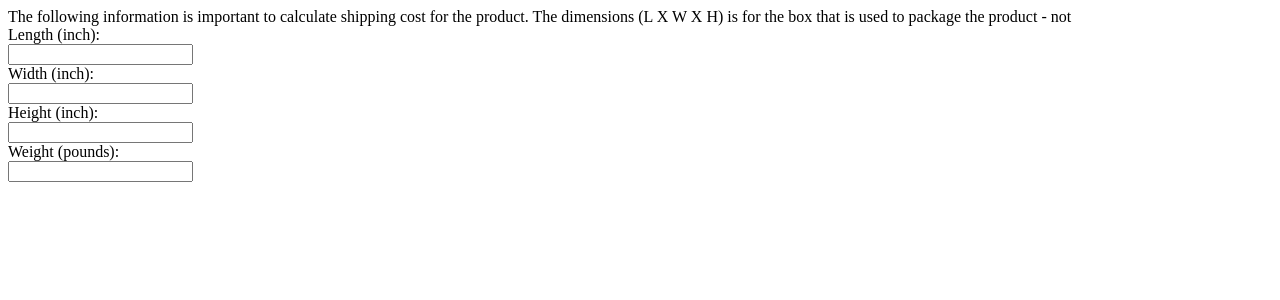
Repository: theAnh-js/Spring-Boot-E-commerce
Page: http://localhost/products/product_images
An editor plug-in stored every save of this project. The page is shown before and after the next save, followed by the edit.
The browser window is 1280 px wide. The pictures show the whole page.
The page is this project's Thymeleaf template; nobody is signed in. The template is opened directly, without the code that normally fills it, so the values that code supplies are empty.

Above is the page before, as saved 2024-02-03 01:12:19.

### ShopmeProject/ShopmeWebParent/ShopmeBackEnd/src/main/resources/templates/products/product_images.html
<!DOCTYPE html>
<html xmlns:th="http://www.thymeleaf.org"
	  xmlns:sec="https://www.thymeleaf.org/thymeleaf-extras-springsecurity5">

<body>
<div th:fragment="content" th:remove="tag">

	<div class="form-group row">
		The following information is important to calculate shipping cost for the product.
		The dimensions (L X W X H) is for the box that is used to package the product - not
	</div>

	<div class="form-group row">
		<label class="col-sm-2 col-form-label">Length (inch):</label>
		<div class="col-sm-10">
			<input type="number" step="0.01" class="form-control" th:field="*{length}">
		</div>
	</div>

	<div class="form-group row">
		<label class="col-sm-2 col-form-label">Width (inch):</label>
		<div class="col-sm-10">
			<input type="number" step="0.01" class="form-control" th:field="*{width}">
		</div>
	</div>

	<div class="form-group row">
		<label class="col-sm-2 col-form-label">Height (inch):</label>
		<div class="col-sm-10">
			<input type="number" step="0.01" class="form-control" th:field="*{height}">
		</div>
	</div>

	<div class="form-group row">
		<label class="col-sm-2 col-form-label">Weight (pounds):</label>
		<div class="col-sm-10">
			<input type="number" step="0.01" class="form-control" th:field="*{weight}">
		</div>
	</div>

</div>
</body>

</html>

After the next save:
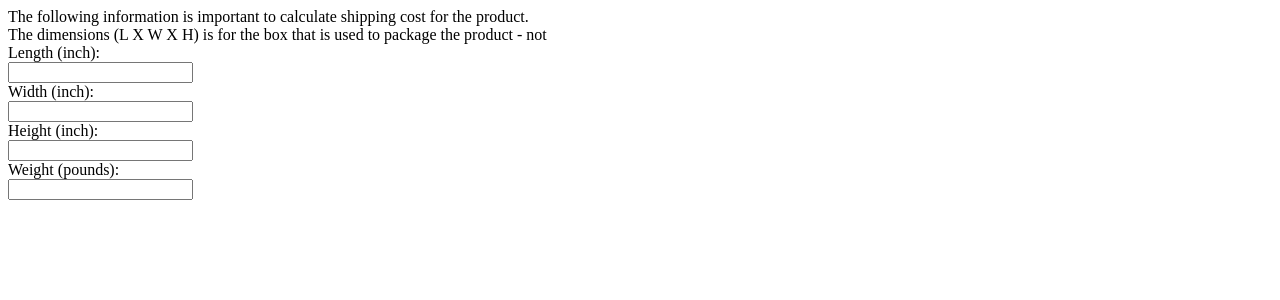
Saved 4 min 33 s later.
--- a/ShopmeProject/ShopmeWebParent/ShopmeBackEnd/src/main/resources/templates/products/product_images.html
+++ b/ShopmeProject/ShopmeWebParent/ShopmeBackEnd/src/main/resources/templates/products/product_images.html
@@ -6,7 +6,7 @@
 <div th:fragment="content" th:remove="tag">
 
 	<div class="form-group row">
-		The following information is important to calculate shipping cost for the product.
+		The following information is important to calculate shipping cost for the product.</br>
 		The dimensions (L X W X H) is for the box that is used to package the product - not
 	</div>
 
